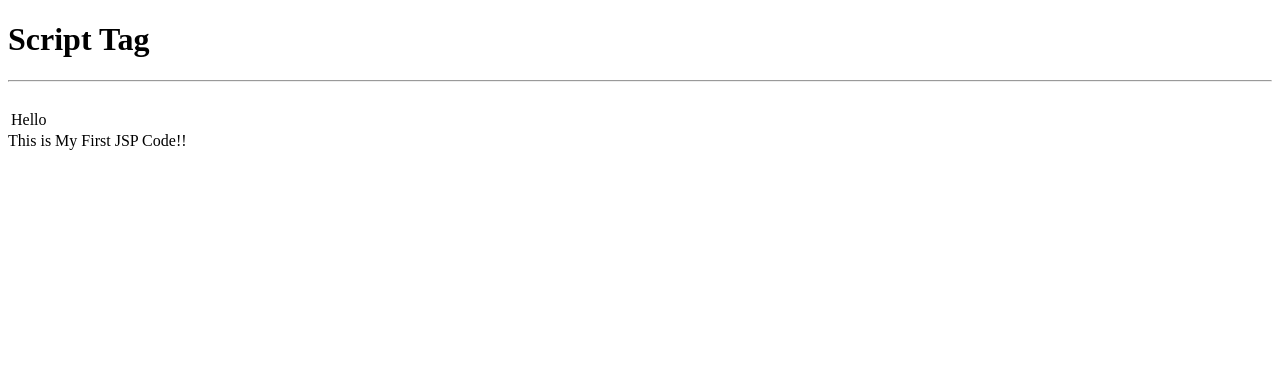
Repository: zxcvne/1400_web_nhs
Page: http://localhost/web/01_script_test.jsp
An editor plug-in stored every save of this project. The page is shown before and after the next save, followed by the edit.
The browser window is 1280 px wide. The pictures show the whole page.
The page is served by Tomcat 10. Other server files are loaded and not shown.

Above is the page before, as saved 2025-10-25 07:33:23.

### 05_jsp/src/web/src/main/webapp/01_script_test.jsp
<%@ page language="java" contentType="text/html; charset=UTF-8"
    pageEncoding="UTF-8"%>
<!DOCTYPE html>
<html>
<head>
<meta charset="UTF-8">
<title>JSP Example</title>
</head>
<body>
	<h1>Script Tag</h1>
	<hr>
	<!-- JSP Declaration -->
	<%!
		int count = 10;
		String makeLower(String data){
			return data.toLowerCase();
		}
	%>
	<br>
	<table>
	<tr><td>Hello</td></tr>
	</table>
	<!-- JSP Scriptlet -->
	<%
		out.println("This is My First JSP Code!! <br />");
		for(int i = 0; i < count; i++)
	%>

</body>
</html>

After the next save:
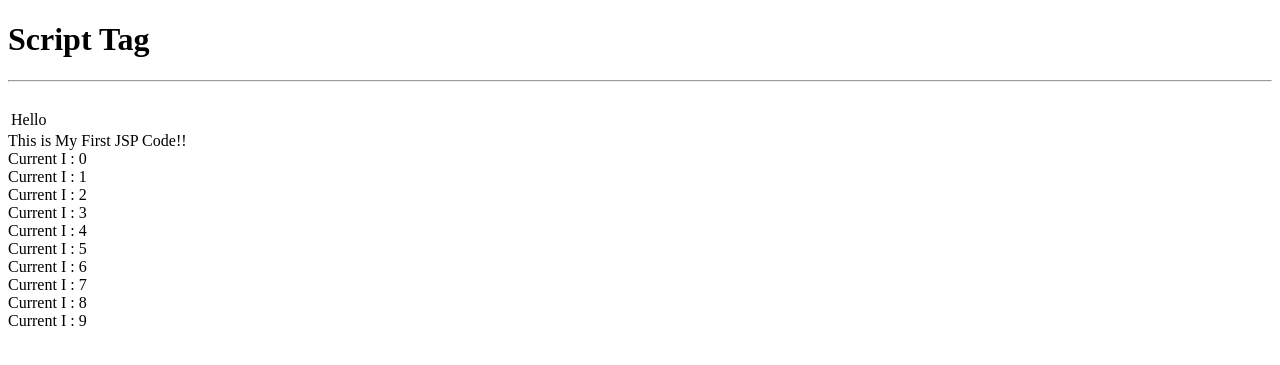
Saved 30 s later.
--- a/05_jsp/src/web/src/main/webapp/01_script_test.jsp
+++ b/05_jsp/src/web/src/main/webapp/01_script_test.jsp
@@ -23,7 +23,9 @@
 	<!-- JSP Scriptlet -->
 	<%
 		out.println("This is My First JSP Code!! <br />");
-		for(int i = 0; i < count; i++)
+		for(int i = 0; i < count; i++){
+			out.println("Current I : " + i + "<br />");
+		}
 	%>
 
 </body>
